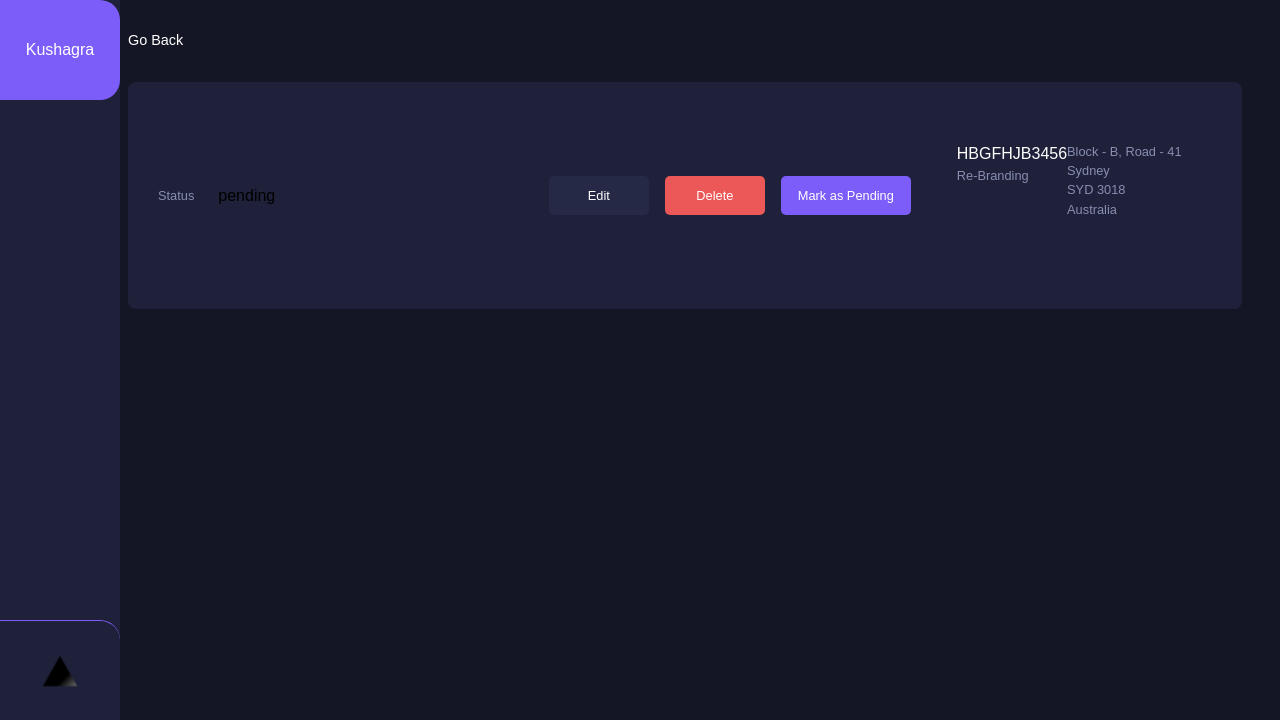
Repository: kushagrasaxena061/Invoice
Page: /invoices/id
These files come from the project's save history. The page is drawn as it stood at one moment and after the next save; the edit follows.
The browser window is 1280 px wide. The pictures show the whole page.
The project was rebuilt for these pictures with package versions that can differ from the ones it lists, and the page was loaded fresh each time. The framework's server and built-in components were replaced by stand-ins that run in the browser. Also part of the build but not shown: next.config.js.

Above is the page before, as saved 2022-10-29 15:55:37.

After the next save:
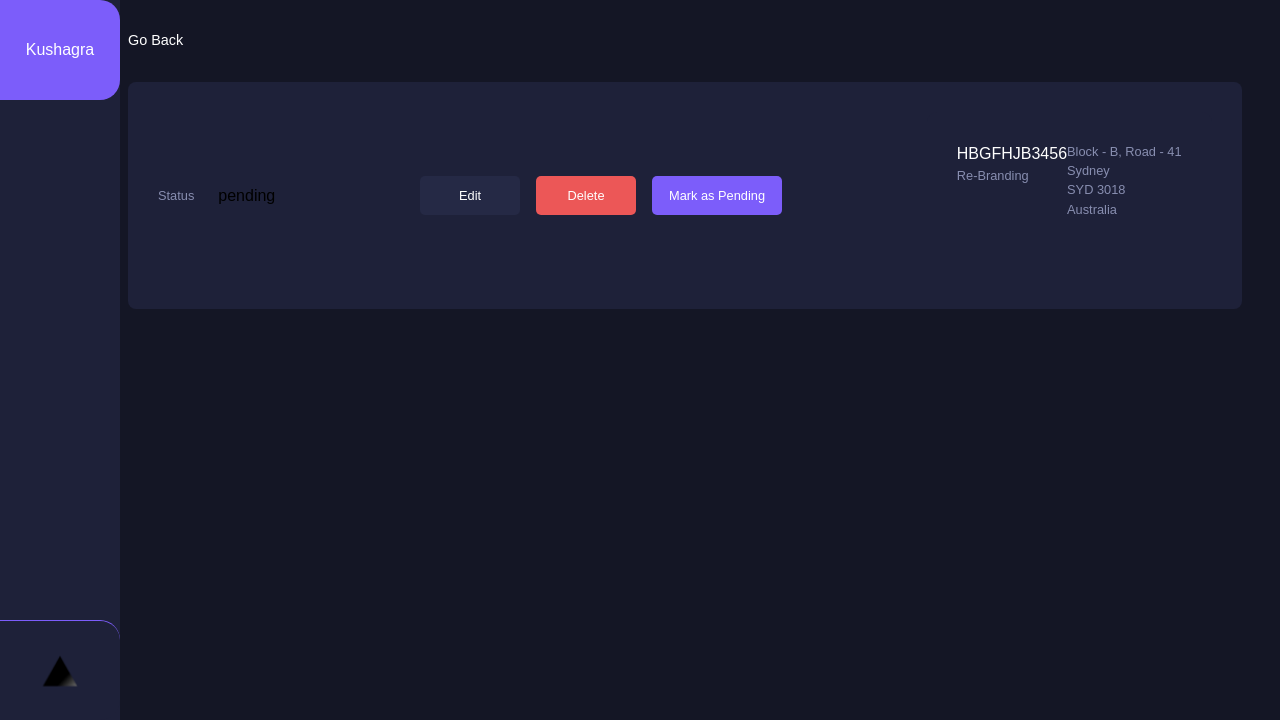
Saved 14 s later.
--- a/pages/invoices/[invoiceId]/index.js
+++ b/pages/invoices/[invoiceId]/index.js
@@ -20,19 +20,18 @@ export default function index() {
             <button className="edit__btn">Edit</button>
             <button className="delete__btn">Delete</button>
             <button className="mark__as-btn">Mark as Pending</button>
-
-            <div className="invoice__details">
-              <div className="details__box">
-                <div>
-                  <h4>HBGFHJB3456</h4>
-                  <p>Re-Branding</p>
-                </div>
-                <div>
-                  <p>Block - B, Road - 41</p>
-                  <p>Sydney</p>
-                  <p>SYD 3018</p>
-                  <p>Australia</p>
-                </div>
+          </div>
+          <div className="invoice__details">
+            <div className="details__box">
+              <div>
+                <h4>HBGFHJB3456</h4>
+                <p>Re-Branding</p>
+              </div>
+              <div>
+                <p>Block - B, Road - 41</p>
+                <p>Sydney</p>
+                <p>SYD 3018</p>
+                <p>Australia</p>
               </div>
             </div>
           </div>
